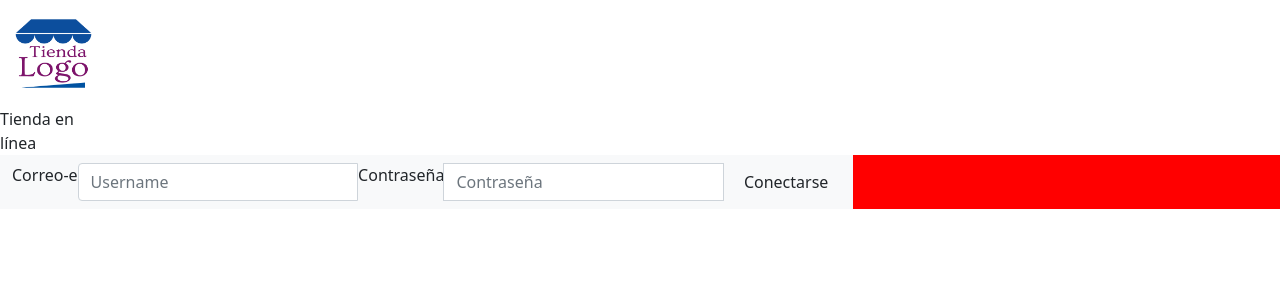
Repository: nicorp00/bootstrapSass
Page: Main/index.html
The author's editor kept a copy of each file at every save. The page is drawn from the files as they stood at one save, then again after the next save.
The browser window is 1280 px wide. The pictures show the whole page.
The style sheet was rebuilt from its Sass, Less or Tailwind sources for each picture, by a compiler version that may differ from the author's.

Above is the page before, as saved 2022-03-25 11:01:36.

After the next save:
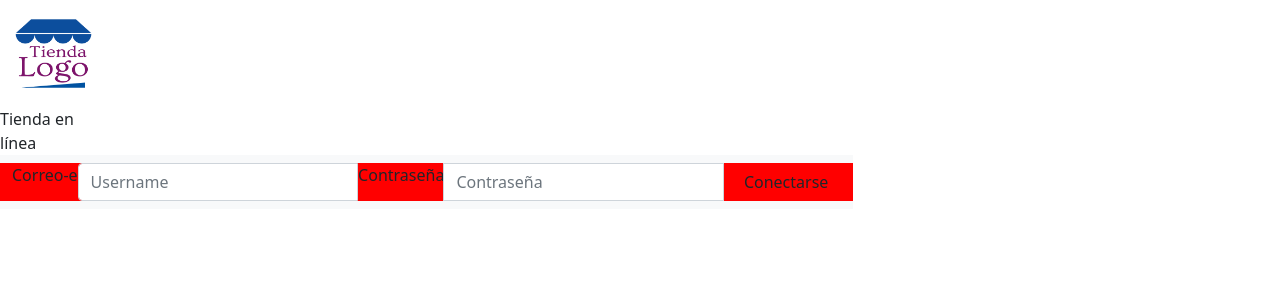
Saved 11 s later.
--- a/Main/scss/_section__top.scss
+++ b/Main/scss/_section__top.scss
@@ -1,5 +1,7 @@
 .section__top{
     .top-nav{
+       form{
         background-color: red;
+       }
     }
 }
